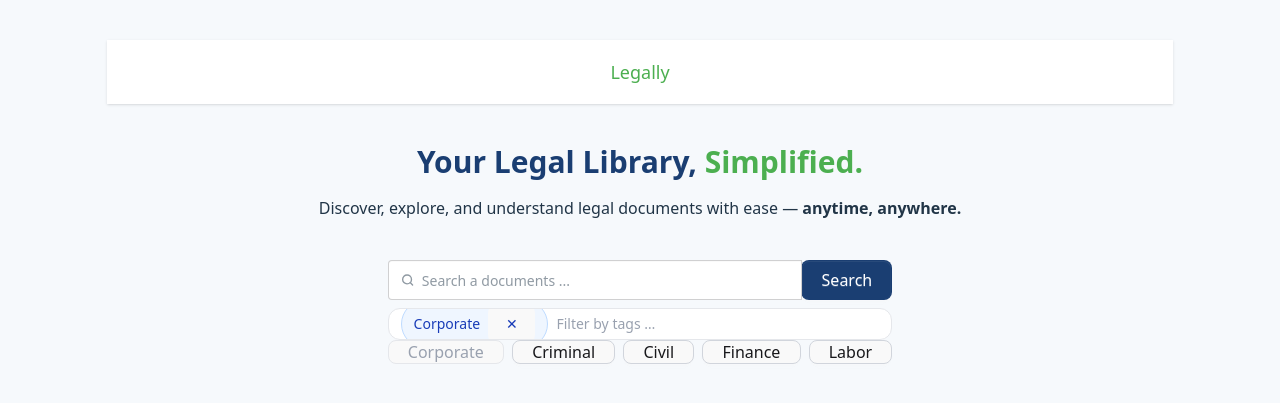
Repository: OdinPie/legal-search-acmeai
Page: / (app in legal-frontend/), after clicking the first element matching `button.btn-xs`
The author's editor kept a copy of each file at every save. The page is drawn from the files as they stood at one save, then again after the next save.
The browser window is 1280 px wide. The pictures show the whole page.
The project was rebuilt for these pictures with package versions that can differ from the ones it lists, and the page was loaded fresh each time. Also part of the build but not shown: legal-frontend/vite.config.js.

Above is the page before, as saved 2025-11-05 23:02:31.

After the next save:
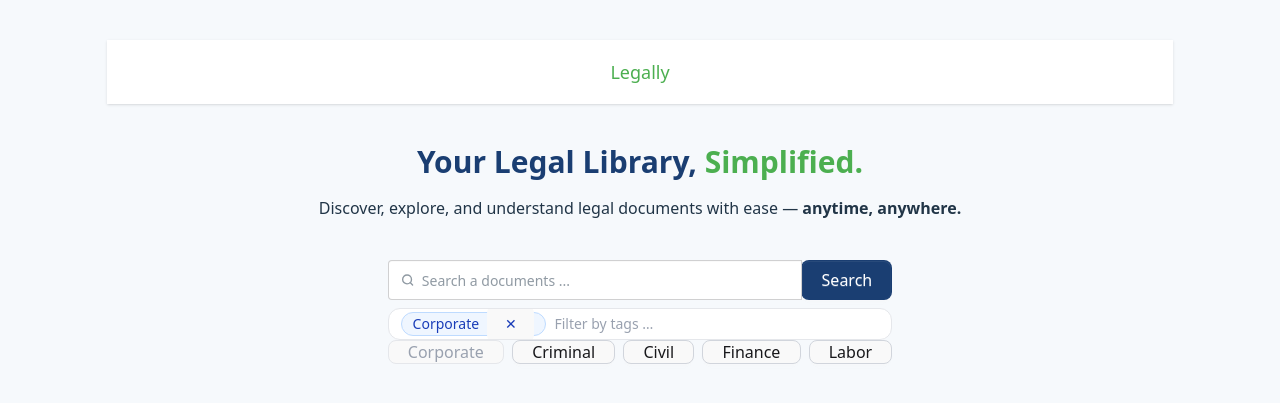
Saved 55 s later.
--- a/legal-frontend/src/components/TagBar.jsx
+++ b/legal-frontend/src/components/TagBar.jsx
@@ -39,7 +39,7 @@ export default function TagBar({ value = [], onChange }) {
         {value.map(tag => (
           <span
             key={tag}
-            className="inline-flex items-center gap-1 rounded-full bg-blue-50 text-blue-800 border border-blue-200 px-3 py-1 text-sm"
+            className="inline-flex items-center gap-1 rounded-full bg-blue-50 text-blue-800 border border-blue-200 badge text-sm"
           >
             {tag}
             <button
